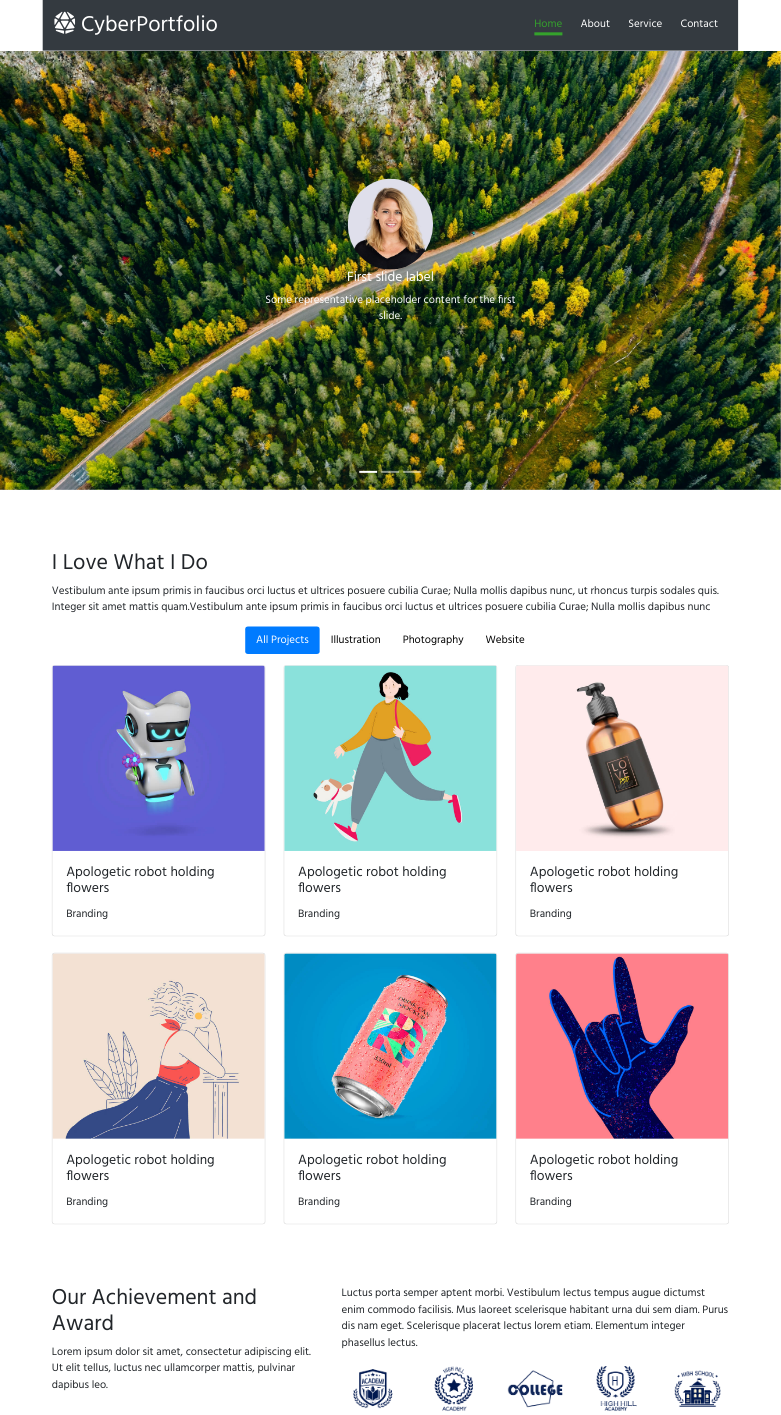
Repository: thanhfrankie/portfolio
Page: index.html
The author's editor kept a copy of each file at every save. The page is drawn from the files as they stood at one save, then again after the next save.
The browser window is 1280 px wide. The pictures show the whole page, at 61% of full size.

Above is the page before, as saved 2023-11-30 10:43:55.

After the next save:
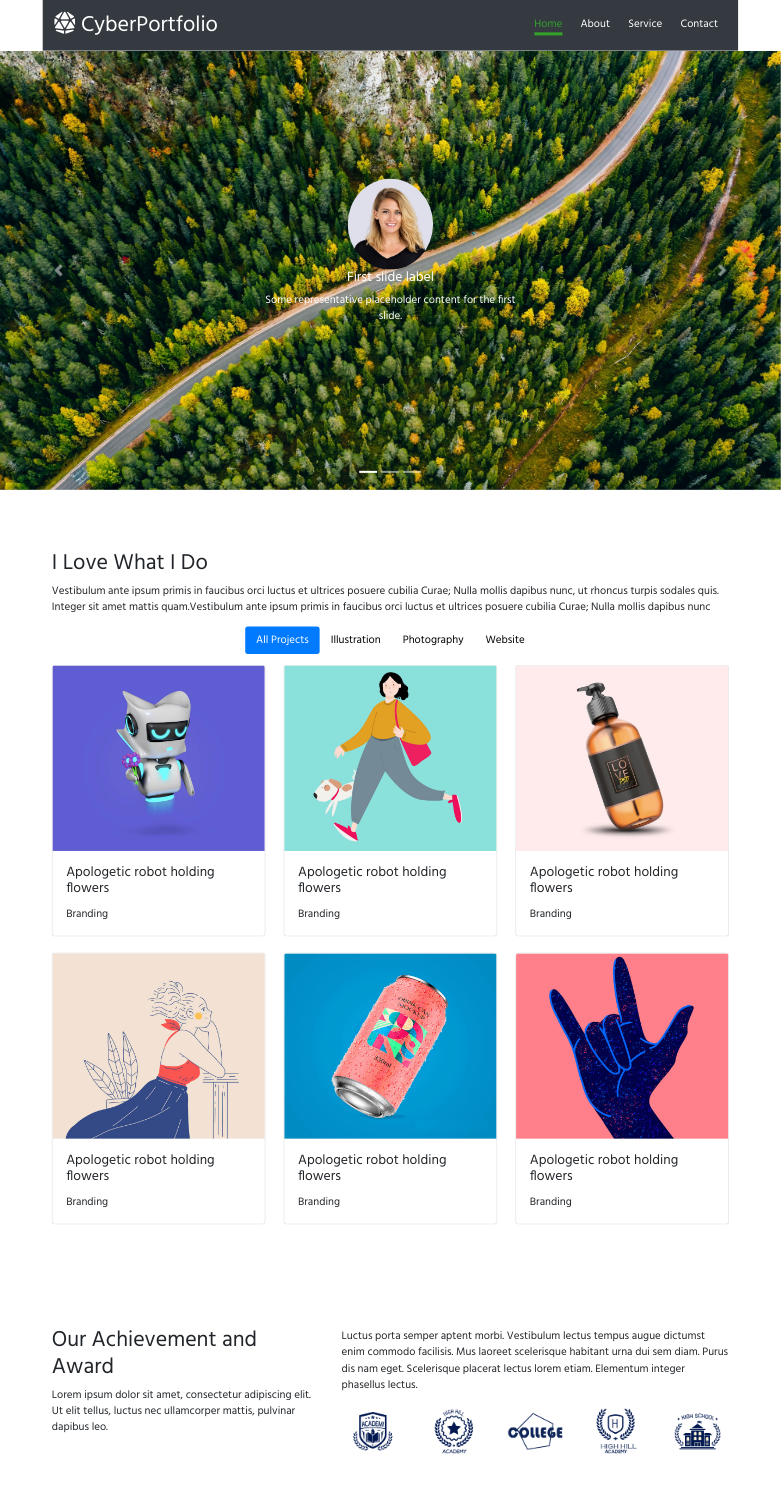
Saved 6 s later.
--- a/css/style.css
+++ b/css/style.css
@@ -80,5 +80,6 @@ header .navbar-brand {
 }
 /* Awards */
 .awards {
-    padd
+    padding: 70px 0;
+    back
 }
